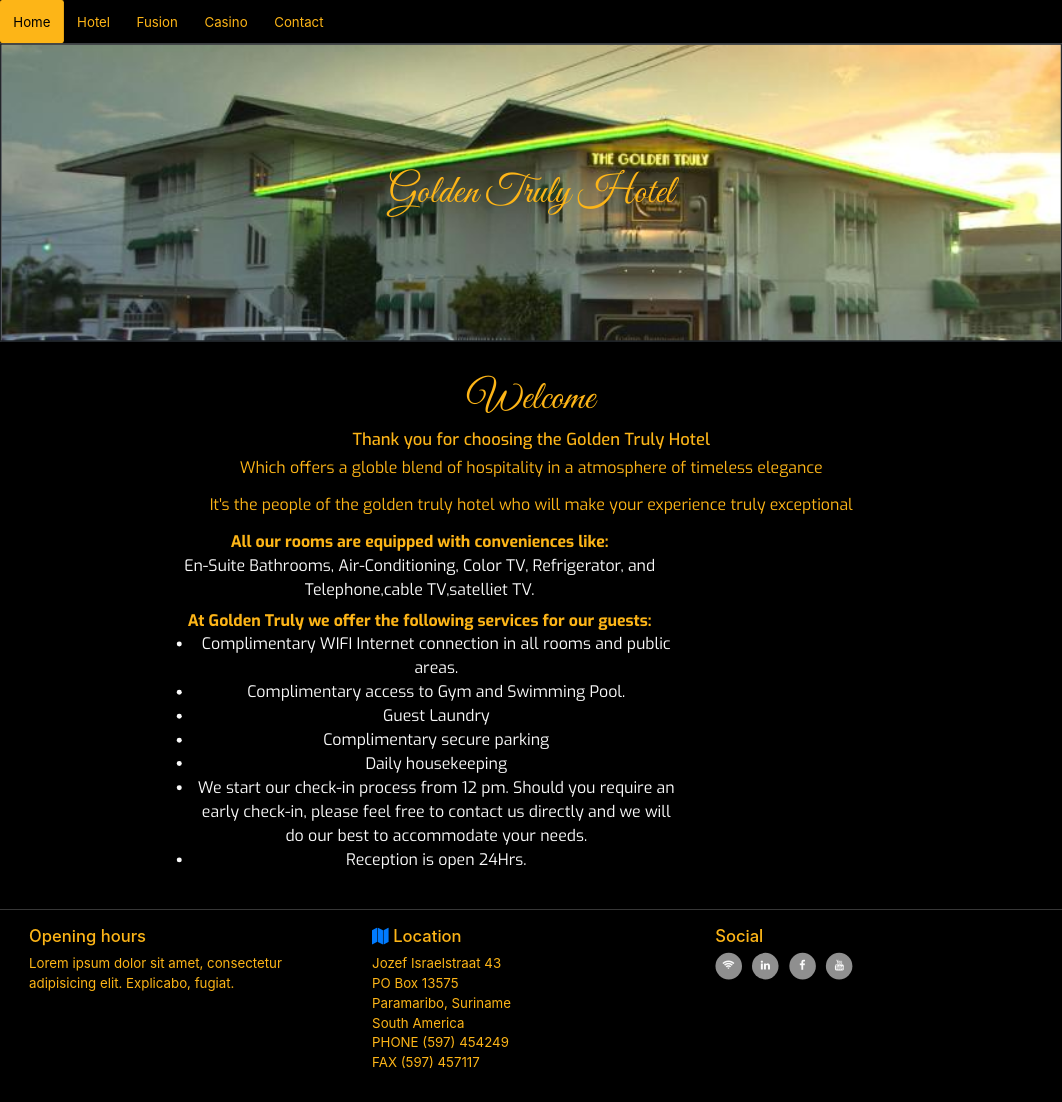
Repository: Code-Institute-Submissions/anthonycaf-Milestone1
Page: index.html
The author's editor kept a record of every edit. The page is drawn from the files as they stood at one moment, then again after the next edit.
The browser window is 1280 px wide. The pictures show the whole page, at 83% of full size.

Above is the page before.

### index.html
<!DOCTYPE html>
<html lang="en">
<head>
    <meta charset="UTF-8">
    <meta name="viewport" content="width=device-width, initial-scale=1.0">
    <meta http-equiv="X-UA-Compatible" content="ie=edge">
    <!--             links/bootstrap/fontawsome    -->
    <link rel="stylesheet" href="https://stackpath.bootstrapcdn.com/font-awesome/4.7.0/css/font-awesome.min.css" type="text/css" />
    <link rel="stylesheet" href="https://stackpath.bootstrapcdn.com/bootstrap/4.3.1/css/bootstrap.min.css" type="text/css" />
    <!--             main/css                      -->
    <link rel="stylesheet" href="./css/style.css" type="text/css" />
    <title>Golden Truly Hotel</title>
</head>
<body>

        <header>

         <ul Id="nav-bar">
  <li class="nav-bar-item"><a class="nav-link-item" href="index.html">Home</a></li>
  <li class="nav-bar-item"><a class="nav-link-item" href="hotel.html">Hotel</a></li>
  <li class="nav-bar-item"><a class="nav-link-item" href="fusion.html">Fusion</a></li>
  <li class="nav-bar-item"><a class="nav-link-item" href="casino.html">Casino</a></li>
  <li class="nav-bar-item"><a class="nav-link-item" href="contact.html">Contact</a></li>
</ul>
<div class="bg-image-title">
                <a href="index.html" class="img"></a>
                <h1 id="title">Golden Truly Hotel</h1>
            </div>
        </header>
      <main>
        <section class="section ">
          <h2 id="welcome" class="uppercase text-center">Welcome</h2>
                <h5 class="uppercase text-center">Thank you for choosing the Golden Truly Hotel</h5>
                <p class="text-center">Which offers a globle blend of hospitality
                in a atmosphere of timeless elegance</p>
                <p class="text-center">It's the people of the golden truly hotel who will make your
                experience truly exceptional</p>
         <dl class="dl-list">
  <dt class="text-center">All our rooms are equipped with conveniences like:</dt>
  <dd class="text-center">En-Suite Bathrooms, Air-Conditioning, Color TV, Refrigerator, and Telephone,cable TV,satelliet TV.</dd>

  <dt class="text-center uppercase">At Golden Truly we offer the following services for our guests:</dt>
  <dd class="text-center">
    <ul class="room-services">
                 <li class="room-services-item">Complimentary WIFI Internet connection in all rooms and public areas.</li>
                 <li class="room-services-item">Complimentary access to Gym and Swimming Pool.</li>
                 <li class="room-services-item">Guest Laundry</li>
                 <li class="room-services-item">Complimentary secure parking</li>
                 <li class="room-services-item">Daily housekeeping</li>
                 <li class="room-services-item">We start our check-in process from 12 pm.
                 Should you require an early check-in,
                  please feel free to contact us directly and we will do our best to
                  accommodate your needs.</li>
                 <li class="room-services-item">Reception is open 24Hrs.</li>
                 </ul>
                </dd>


</dl>
         <!--
               <h2 id="welcome" class="uppercase text-center">Welcome</h2>
                <h5 class="uppercase text-center">Thank you for choosing the Golden Truly Hotel</h5>
                <p class="text-center">Which offers a globle blend of hospitality
                in a atmosphere of timeless elegance</p>
                <p class="text-center">It's the people of the golden truly hotel who will make your
                experience truly exceptional</p>
                 <h5 class="uppercase text-center">All our rooms are equipped with conveniences like:</h5>
                <p class="text-center">En-Suite Bathrooms, Air-Conditioning, Color TV, Refrigerator, and Telephone,cable TV,satelliet TV.</p>
                 <h5 class="uppercase text-center">At Golden Truly we offer the following services for our guests:</h5>
                  <ul class="room-services">
                 <li class="room-services-item">Complimentary WIFI Internet connection in all rooms and public areas.</li>
                 <li class="room-services-item">Complimentary access to Gym and Swimming Pool.</li>
                 <li class="room-services-item">Guest Laundry</li>
                 <li class="room-services-item">Complimentary secure parking</li>
                 <li class="room-services-item">Daily housekeeping</li>
                 <li class="room-services-item">We start our check-in process from 12 pm.
                 Should you require an early check-in,
                  please feel free to contact us directly and we will do our best to
                  accommodate your needs.</li>
                 <li class="room-services-item">Reception is open 24Hrs.</li>
                 </ul>-->
        </section>
       </main>
         <footer class="container-fluid">
    <div id="footer-details" class="row">
     <div class="col-sm-4">
      <h5 class="uppercase general-sub">Opening hours</h5>
      <p class="inline-block">
       Lorem ipsum dolor sit amet, consectetur adipisicing elit. Explicabo, fugiat.
      </p>
     </div>
     <div class="col-sm-4">
       <h5 class="uppercase general-sub"> <a href="assets/cv/sample-cv.pdf" target="_blank" class="cv-pdf">
        <i class="fa fa-map marker alt" aria-hidden="true"></i>
        <span class="sr-only">Map link.</span>
       </a>Location</h5>
       <p class="inline-block">Jozef Israelstraat 43<br>
           PO Box 13575<br>
           Paramaribo, Suriname<br>
              South America<br>
            PHONE (597) 454249<br>
              FAX (597) 457117
 </p>

     </div>
     <div class="col-sm-4">
       <h5 class="uppercase general-sub">Social</h5>
       <ul class="list-inline social-links">
           <li class="list-inline-item">
         <a href="#" target="_blank">
          <i class="fa fa-wifi" aria-hidden="true"></i>
          <span class="sr-only">wifi</span>
         </a>
        </li>
        <li class="list-inline-item">
         <a href="#" target="_blank">
          <i class="fa fa-linkedin" aria-hidden="true"></i>
          <span class="sr-only">Linkedin</span>
         </a>
        </li>

        <li class="list-inline-item">
         <a href="#" target="_blank">
          <i class="fa fa-facebook" aria-hidden="true"></i>
          <span class="sr-only">facebook</span>
         </a>
        </li>

        <li class="list-inline-item">
         <a href="#" target="_blank">
          <i class="fa fa-youtube" aria-hidden="true"></i>
          <span class="sr-only">youtube</span>
         </a>
        </li>
       </ul>
     </div>
    </div>
    </footer>


</body>
</html>

### css/style.css
 /*------------google-fonts----------*/

@import url('https://fonts.googleapis.com/css?family=Exo:100,200,300,400,500,600,700|Great+Vibes&display=swap:100,200,300,400,500,600,700');

body {
margin:0;

}
/*--------------color ---------------*/




/*------------- images --------------*/
.master-img1 {
 background-image: url(../images/master1.jpg);
}
.master-img2 {
  background-image: url(../images/housekeeping.jpg);
}
.master-img3 {
  background-image: url(../images/design-lobby-ceiling.jpg);
}
.suite-img1 {
 background-image: url(../images/suit1.jpg);
}
.suite-img2 {
 background-image: url(../images/suite2.jpg);
}
.suite-img3 {
 background-image: url(../images/suite3.jpg);
}

.bg-image-title {
   background: url("../images/golden-truly-hotel.jpg");
}
 /*------------main----------*/
 main {
     font-family: "Exo",sans-serif;
     font-size: 1.2em;
     width: 100%;
     background-color:
     #000000;
     color: #fdb517;
     margin: 0 auto;
    padding-top: 10px;

 }

 .bg-image-title {
    background-clip: border-box;
    background-position: center;
    background-repeat: no-repeat;
    background-size: cover;
    transition: all .5s ease-in-out;
    -moz-transition: all .5s ease-in-out;
    -webkit-transition: all .5s ease-in-out;
     height: 360px;
     border: 2px solid;
 }
 #title {
  color: #fdb517;
     font-family: "Great Vibes",sans-serif;
     font-size: 3em;
     text-align: center;
     padding-top: 150px;
 }
 #welcome {
   color: #fdb517;
     font-family: "Great Vibes",sans-serif;
     font-size: 2.5em;

 }
 .dl-list {
       max-width: 70%;
 }
   .section {
    padding-top: 10px;
    padding-bottom: 10px;
    margin: 0 auto;
    max-width: 70%;
   }

  /*-----------main nav-bar----------*/
#nav-bar {
  list-style-type: none;
  margin: 0;
  padding: 0;
  overflow: hidden;
  background-color: #000;
}

.nav-bar-item {
  float: left;
}

.nav-bar-item .nav-link-item {
  display: inline-block;
  color: #fdb517;
  text-align: center;
  padding: 14px 16px;
  text-decoration: none;
}

.nav-bar-item .nav-link-item:hover {
  background-color: #fdb517;
 color: #000000;
 border-radius: 3px;
 transition: all .8s ease-in-out;
}
.nav-bar-item {
  display: inline-block;
}


dd {
    color: #fafafa;
}
/*.room-services {
   margin-bottom: 0px;
    border-bottom-width: 20px;
    padding-bottom: 40px;
}
 */
 /*----------------iframe -----------*/

iframe {
 width: 100%;
 height: 360px;
 border: none;
 margin: 0;
}
 /*-----------main footer----------*/

 .container-fluid {
  background-color: #000000;
  color: #fdb517;

 }

 footer {
    background-color: #525252;
    color: #fafafa;
    min-height: 120px;
    margin: 0;
    padding: 0;
}

.social-links {
    padding-bottom: 15px;
}
.social-links li a i {
    width: 32px;
    height: 32px;
    padding: 12px 0;
    border-radius: 50%;
    font-size: 13px;
    line-height: 7px;
    text-align: center;
    color: #fafafa;
    background-color: #8f8f8f;
     transition: all 0.35s ease-in-out;
    -moz-transition: all 0.35s ease-in-out;
    -webkit-transition: all 0.35s ease-in-out;
    -o-transition: all 0.35s ease-in-out;
}
.social-links li a i:hover {
    background: #fdb517;
}
#footer-details {
    padding:20px;
}
/*-----------hotel.html----------*/
.bg-img-size {
  background-clip: border-box;
    background-position: center;
    background-repeat: no-repeat;
    background-size: cover;
  width: 33.3%;
  height: 150px;
}


/*   contact.html/form    */
.contact-heading, .contact-thanks {
    font-family: "Great Vibes", sans-serif;
    font-weight: 300;
    margin-top: 25px;
    margin-bottom: 20px;

}
form {
    padding-top: 10px;
    margin: 0 auto;
    max-width: 70%;
}
button[type="submit"] {
    margin-top: 15px;
    margin-bottom: 20px;
    color: #fdb517;
    background-color: #000000;

}
/*-------------------------------------Media queries*/

@media(min-width: 992px) {
   .center-form {
    padding-top: 30px;
    min-height: 240px;
    margin: 0 auto;
    max-width: 50%;
}
.section {
    padding-top: 30px;
    padding-bottom: 30px;
    margin: 0 auto;
    max-width: 70%;
   }
   .dl-list {
       max-width: 70%;
   }
}

After the next edit:
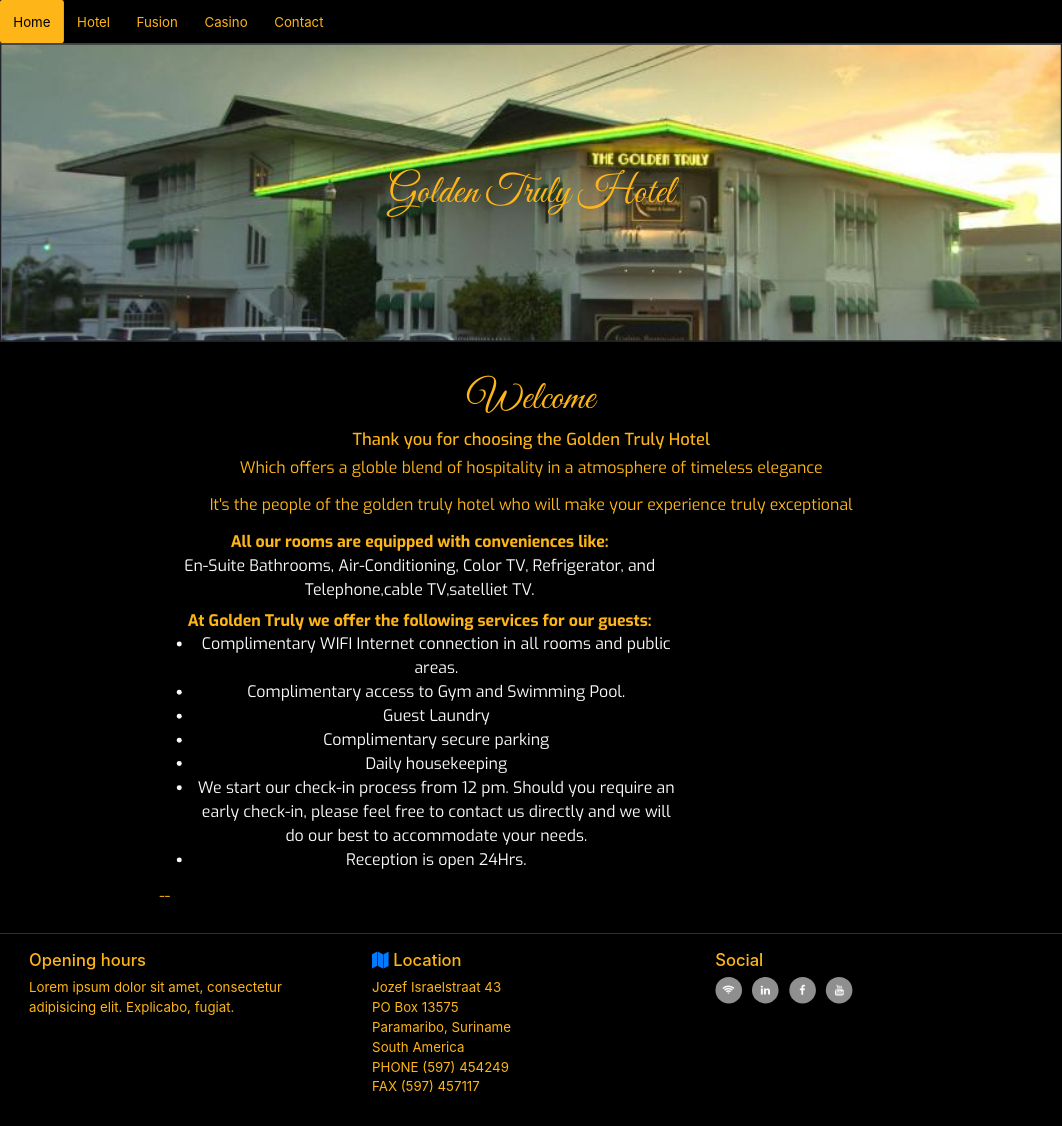
The edit:
--- a/index.html
+++ b/index.html
@@ -56,7 +56,7 @@
                 </dd>
 
 
-</dl>
+                </dl>--
          <!--
                <h2 id="welcome" class="uppercase text-center">Welcome</h2>
                 <h5 class="uppercase text-center">Thank you for choosing the Golden Truly Hotel</h5>
